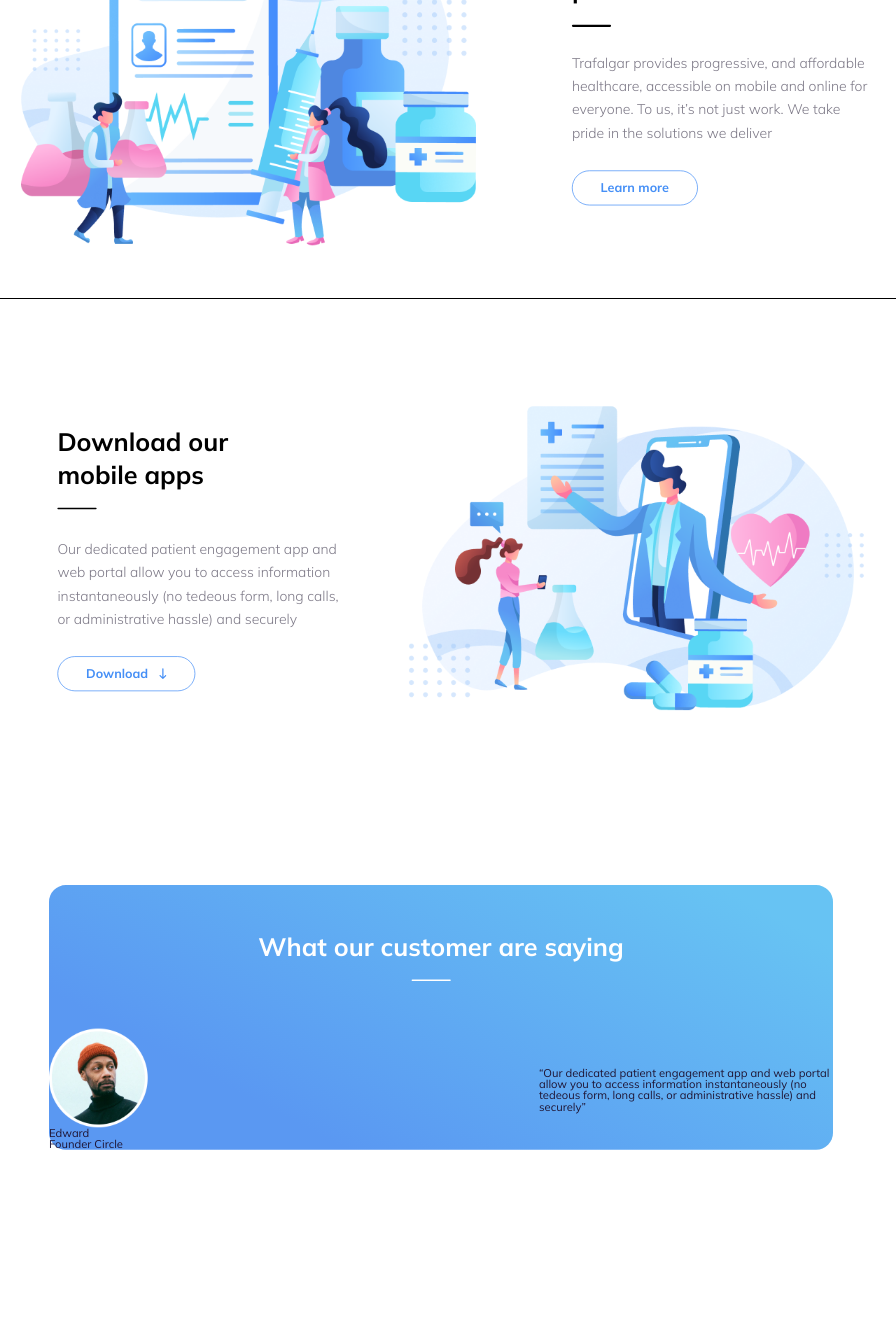
Repository: tungcutte35/Trafalgar
Page: index.html
These files come from the project's save history. The page is drawn as it stood at one moment and after the next save; the edit follows.
The browser window is 1280 px wide. The pictures show the part of the page from y = 2479 to 4399 px (the page is 4399 px tall), at 70% of full size.
The style sheet was rebuilt from its Sass, Less or Tailwind sources for each picture, by a compiler version that may differ from the author's.

Above is the page before, as saved 2021-10-18 00:35:31.

### index.html
<!DOCTYPE html>
<html lang="en">
<head>
  <meta charset="UTF-8">
  <meta http-equiv="X-UA-Compatible" content="IE=edge">
  <meta name="viewport" content="width=device-width, initial-scale=1.0">
  <title>Trafalgar</title>
  <link rel="stylesheet" href="./sass/css/app.css">
  <link rel="preconnect" href="https://fonts.googleapis.com">
  <link rel="preconnect" href="https://fonts.gstatic.com" crossorigin>
  <link href="https://fonts.googleapis.com/css2?family=Mulish:wght@300;400;700&display=swap" rel="stylesheet">
 <link rel="stylesheet" href="./font/fontawesome-free-5.15.4-web/css/all.min.css">
</head>
<body>
  <div class="wrapper">
    <header class="header">
    <div class="container">
      <div class="header-main">
        <img srcset="./Images/logo.png 2x" alt="" class="header-img">
        <ul class="menu">
          <li class="menu-item">
            <a href="#" class="menu-link menu-firsd">Home</a>
          </li>
          <li class="menu-item">
            <a href="#" class="menu-link">Find a doctor</a>
          </li>
          <li class="menu-item">
            <a href="#" class="menu-link">Apps</a>
          </li>
          <li class="menu-item">
            <a href="#" class="menu-link">Testimonials</a>
          </li>
          <li class="menu-item">
            <a href="#" class="menu-link">About us</a>
          </li>
          <li class="menu-log">
            <a href="#" class="button button--outline ">Login</a>
          </li>
          <li class="menu-log">
            <a href="#" class="button button--primary ">Logup</a>
          </li>
        </ul>
      </div>
    </div>
    </header>
    <section class="virtual">
      <div class="container">
        <div class="virtual-main">
          <div class="virtual-firsd">
            <h2 class="virtual-heading">Virtual
              for you</h2>
            <p class="text virtual-content">Trafalgar provides progressive, and affordable healthcare, accessible on mobile and online for everyone</p>
            <a href="#" class="button button--primary">Consult today</a>
          </div>
          <div class="virtual-img">
            <img srcset="./Images/img1.png 2x" alt="" class="virtual-imgs">
          </div>
        </div>
      </div>
    </section>
    <secction class="sevices">
      <div class="container">
        <div class="sevices-header">
          <h3 class="heading sevices-heading">Our services</h3>
          <p class="text sevices-content">We provide to you the best choiches for you. Adjust it to your health needs and make sure your undergo treatment with our highly qualified doctors you can consult with us which type of service is suitable for your health</p>
        </div>
        <div class="sevices-main">
          <div class="sevices-item">
            <div class="sevices-price">
            <img class="sevices-img" srcset="./Images/icon1.png 2x" alt="">
            </div>
            <h4 class="heading sevices-title">Search doctor</h4>
            <p class="text sevices-desc">Choose your doctor from thousands of specialist, general, and trusted hospitals</p>
          </div>
          <div class="sevices-item">
            <div class="sevices-price">
            <img class="sevices-img" srcset="./Images/icon2.png 2x" alt="">
            </div>
            <h4 class="heading sevices-title">Online pharmacy</h4>
            <p class="sevices-desc">Buy  your medicines with our mobile application with a simple delivery system</p>
          </div>
          <div class="sevices-item">
            <div class="sevices-price">
            <img class="text sevices-img" srcset="./Images/icon3.png 2x" alt="">
            </div>
            <h4 class="heading sevices-title">Consultation</h4>
            <p class="sevices-desc">Free consultation with our trusted doctors and get the best recomendations</p>
          </div>
          <div class="sevices-item">
            <div class="sevices-price">
            <img class="sevices-img" srcset="./Images/icon4.png 2x" alt="">
            </div>
            <h4 class="heading sevices-title">Details info</h4>
            <p class="text sevices-desc">Free consultation with our trusted doctors and get the best recomendations</p>
          </div>
          <div class="sevices-item">
            <div class="sevices-price">
            <img class="sevices-img" srcset="./Images/icon5.png 2x" alt="">
            </div>
            <h4 class="heading sevices-title">Emergency care</h4>
            <p class="text sevices-desc">You can get 24/7 urgent care for yourself or your children and your lovely family</p>
          </div>
          <div class="sevices-item">
            <div class="sevices-price">
            <img class="sevices-img" srcset="./Images/icon6.png 2x" alt="">
            </div>
            <h4 class="heading sevices-title">Tracking</h4>
            <p class="text sevices-desc">Track and save your medical history and health data </p>
          </div>
        </div>
        <a href="" class="button button--outline sevices-more">Learn more</a>
      </div>
    </secction>
    <section class="lead">
      <div class="container">
        <div class="lead-main">
          <div class="lead-img">
            <img srcset="./Images/img2.png 2x" alt="">
          </div>
          <div class="lead-firsd">
            <h3 class="heading lead-heading">
              Leading healthcare providers
            </h3>
          <div class="lead-title">
            <p class="text lead-content">
              Trafalgar provides progressive, and affordable healthcare, accessible on mobile and online for everyone. To us, it’s not just work. We take pride in the solutions we deliver
            </p>
          </div>
            <a href="#" class="button button--outline">Learn more</a>
          </div>


        </div>
      </div>
    </section>
    <section class="download">
      <div class="container">
        <div class="download-main">
          <div class="dowload-firds">
            <h3 class="heading download-heading">
              Download our mobile apps
            </h3>
            <p class="text download-content">
              Our dedicated patient engagement app and web portal allow you to access information instantaneously (no tedeous form, long calls, or administrative hassle) and securely
            </p>
            <a href="#" class="button button--outline">
              <span>Download</span>
              <img class="download-icon" src="./Images/Bottom.svg" alt="">
            </a>
          </div>
          <img srcset="./Images/img3.png 2x" alt="" class="download-img">
        </div>
      </div>
    </section>
    <section class="customer">
      <div class="container">
        <div class="customer-main">
          <div class="customer-firds">
            <h3 class="heading customer-heading">
              What our customer are saying
            </h3>
          </div>
          <div class="customer-seconds">
            <div class="customer-name">
              <img class="customer-img" srcset="./Images/avt.png 2x" alt="">
              <span>
                Edward
                Founder Circle
              </span>
            </div>
            <div class="customer-desc">
              <p class="customer-content">
                “Our dedicated patient engagement app and web portal allow you to access information instantaneously (no tedeous form, long calls, or administrative hassle) and securely”
              </p>
            </div>
          </div>
        </div>
      </div>
    </section>
  </div>
<!-- sass app.scss css/app.css --watch -->

</body>
</html>

### sass/app.scss
@import "reset";
@import "variables";
@import "global";
@import "header";
@import "./menu";
@import "./virtual";
@import "./sevices";
@import "./lead";
@import "./download";
@import "./customer";

### sass/_variables.scss
$font: "Mulish", sans-serif;
$gray: #1f1534;
$heading-color: #000000;
$primary-color: #458ff6;
$footer-color: #fff;
$text-color: #7d7987;

### sass/_global.scss
.wrapper {
  max-width: 1600px;
  margin: 0 auto;
}
.container {
  max-width: 1260px;
  margin: 0 auto;
  padding: 0 20px;
}
body {
  font-family: $font;
  line-height: 1;
  font-size: 16px;
  color: $gray;
}
ul {
  list-style-type: none;
}
.button {
  display: inline-flex;
  justify-content: center;
  align-items: center;
  font-size: 18px;
  font-weight: 700;
  height: 50px;
  padding: 0 40px;
  border-radius: 55px;
  background-color: transparent;
  border: 0;
  outline: none;
  cursor: pointer;
  &--primary {
    color: #fff;
    background-color: $primary-color;
  }
  &--outline {
    color: $primary-color;
    border: 1.4px solid $primary-color;
  }
}
.heading {
  color: black;
  font-weight: 700;
}
.text {
  font-size: 18px;
  font-weight: 300;
  color: $text-color;
  line-height: calc(30 / 18);
}

### sass/_header.scss
.header {
  padding-top: 56px;
  margin-bottom: 70px;
  &-main {
    display: flex;
    justify-content: space-between;
    align-items: center;
  }
  &-log {
    display: flex;
    justify-content: space-between;
    align-items: center;
    gap: 0 40px;
  }
}

### sass/_menu.scss
.menu {
  display: flex;
  align-items: center;
  gap: 0 30px;
  &-link {
    color: #8f8a9a;
    font-size: 18px;
  }
  &-firsd {
    color: $gray;
    font-weight: 700;
  }
  &-link:after {
    display: block;
    content: "";
    border-bottom: solid 2px $primary-color;
    transform: scaleX(0);
    transition: transform 250ms ease-in-out;
  }
  &-link:hover:after {
    transform: scaleX(1);
  }
  &-link:hover {
    color: $primary-color;
  }
}

### sass/_virtual.scss
.virtual {
  margin-bottom: 175px;
  &-main {
    display: flex;
    justify-content: space-between;
    align-items: center;
  }
  &-firsd {
    width: 100%;
    max-width: 445px;
    padding-right: 2px;
  }
  &-heading {
    font-size: 48px;
    width: 100%;
    max-width: 197px;
    line-height: calc(56 / 48);
    margin-bottom: 25px;
  }
  &-content {
    font-size: 21px;
    font-weight: 300;
    line-height: calc(32 / 21);
    margin-bottom: 45px;
  }
}

### sass/_sevices.scss
.sevices {
  &-header {
    max-width: 952px;
    margin: 0 auto 35px;
    text-align: center;
  }
  &-heading {
    font-size: 36px;
    line-height: calc(56 / 36);
    position: relative;
    &::after {
      content: "";
      position: absolute;
      bottom: -23px;
      left: 47%;
      width: 56px;
      height: 2px;
      background-color: black;
    }
  }
  &-content {
    display: flex;
    align-items: center;
    justify-content: center;
    margin-top: 50px;
  }
  &-main {
    display: grid;
    grid-template-columns: repeat(3, 1fr);
    grid-gap: 37px 34px;
    max-width: 1120px;
    margin: 35px 40px;
    position: relative;
  }
  &-item {
    height: 350px;
    background-color: #fff;
    border-radius: 20px;
    box-shadow: 10px 40px 50px rgba(229, 233, 246, 0.4);
  }
  &-img {
    padding: 54px 0 23px 37px;
  }
  &-title {
    font-size: 24px;
    padding: 0 0 1px 38px;
  }
  &-desc {
    font-size: 16px;
    font-weight: 300;
    line-height: calc(28 / 16);
    max-width: 266px;
    margin-left: 38px;
  }
  &-price {
    height: 170px;
    width: auto;
  }
  &-more {
    margin: 190px 0;
    margin-left: 42%;
  }
}

### sass/_lead.scss
.lead {
  margin-bottom: 230px;
  &-main {
    display: flex;
    justify-content: space-between;
    align-items: center;
    gap: 0 137px;
  }
  &-img {
    width: 100%;
    max-width: 650px;
  }
  &-firsd {
    max-width: 486px;
    margin-top: -30px;
  }
  &-heading {
    font-size: 36px;
    line-height: calc(56 / 36);
    margin-bottom: 60px;
    position: relative;

    &::after {
      content: "";
      position: absolute;
      width: 56px;
      height: 3px;
      bottom: -26px;
      left: 0;
      border-radius: 10px;
      background-color: black;
    }
  }
  &-content {
    max-width: 430px;
    height: auto;
    font-size: 20px;
    line-height: calc(30 / 18);
    margin-bottom: 37px;
  }
}

### sass/_download.scss
.download {
  margin-bottom: 250px;
  margin-left: 62px;
  &-main {
    display: flex;
    justify-content: space-between;
    align-items: center;
    gap: 0 71px;
    width: 100%;
    max-width: 1156px;
    position: relative;
  }
  &-firsd {
    max-width: 420px;
    padding-left: 145px;
  }
  &-heading {
    max-width: 254px;
    font-size: 36px;
    line-height: calc(47 / 36);
    padding-bottom: 66px;
    position: relative;
    &::after {
      content: "";
      position: absolute;
      width: 56px;
      height: 2px;
      bottom: 40px;
      left: 0;
      border-radius: 6px;
      background-color: black;
    }
  }
  &-content {
    max-width: 410px;
    font-size: 20px;
    line-height: calc(30 / 18);
    margin-bottom: 37px;
  }
  &-icon {
    padding-left: 15px;
  }
}

### sass/_customer.scss
.customer {
  margin-bottom: 278px;
  &-main {
    max-width: 1120px;
    margin-left: 40px;
    background: linear-gradient(208.18deg, #67c3f3 9.05%, #5a98f2 76.74%);
    border-radius: 24px;
  }
  &-firds {
    display: flex;
    align-items: center;
    justify-content: center;
  }
  &-heading {
    max-width: 522px;
    font-size: 36px;
    color: white;
    line-height: calc(48 / 36);
    margin-top: 64px;
    position: relative;
    margin-bottom: 93px;
    &::after {
      content: "";
      position: absolute;
      bottom: -25px;
      left: 42%;
      width: 56px;
      height: 2px;
      background-color: white;
      border-radius: 6px;
    }
  }
  &-seconds {
    display: flex;
    justify-content: space-between;
    align-items: center;
    gap: 0 175px;
  }
  &-img {
    max-width: 141px;
    height: 141px;
  }
  &-name {
    max-width: 119px;
  }
  &-content {
    width: 100%;
    max-width: 420px;
  }
}

Loaded but not shown: font/fontawesome-free-5.15.4-web/css/all.min.css (library); sass/_reset.scss (common file)

After the next save:
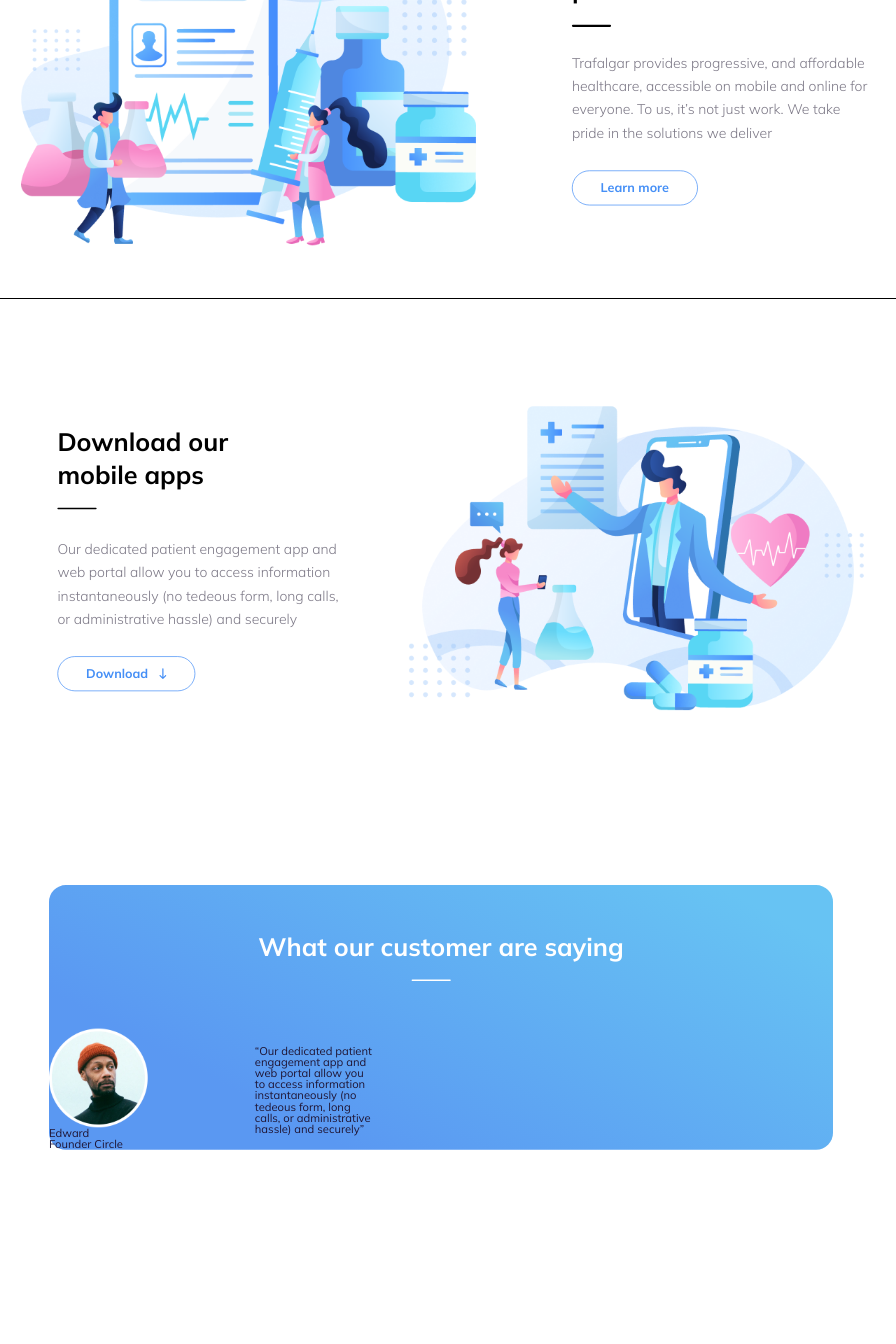
Saved 51 s later.
--- a/sass/_customer.scss
+++ b/sass/_customer.scss
@@ -31,6 +31,7 @@
     }
   }
   &-seconds {
+    max-width: 464px;
     display: flex;
     justify-content: space-between;
     align-items: center;

After the save that followed:
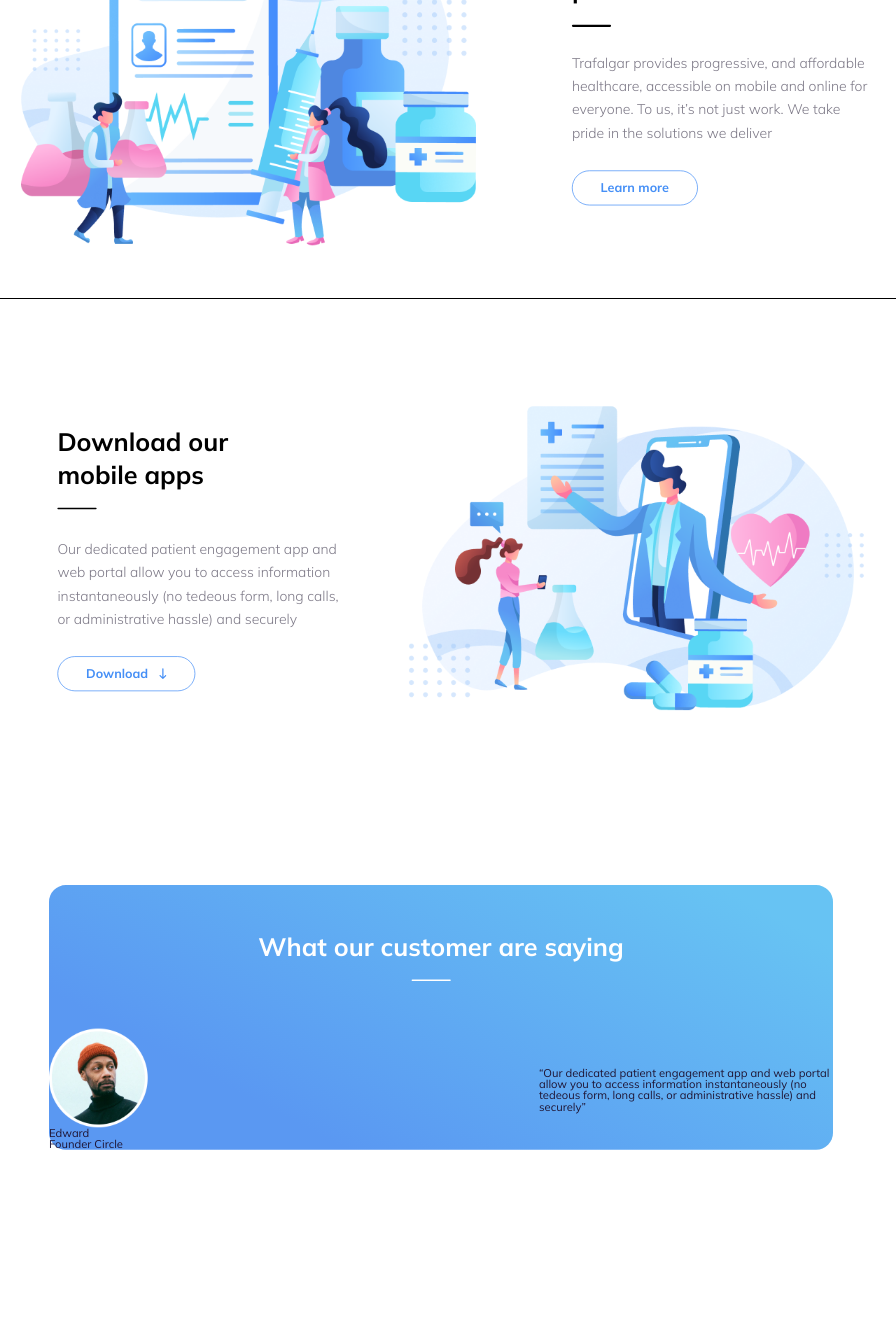
Saved 8 s later.
--- a/sass/_customer.scss
+++ b/sass/_customer.scss
@@ -31,7 +31,6 @@
     }
   }
   &-seconds {
-    max-width: 464px;
     display: flex;
     justify-content: space-between;
     align-items: center;
